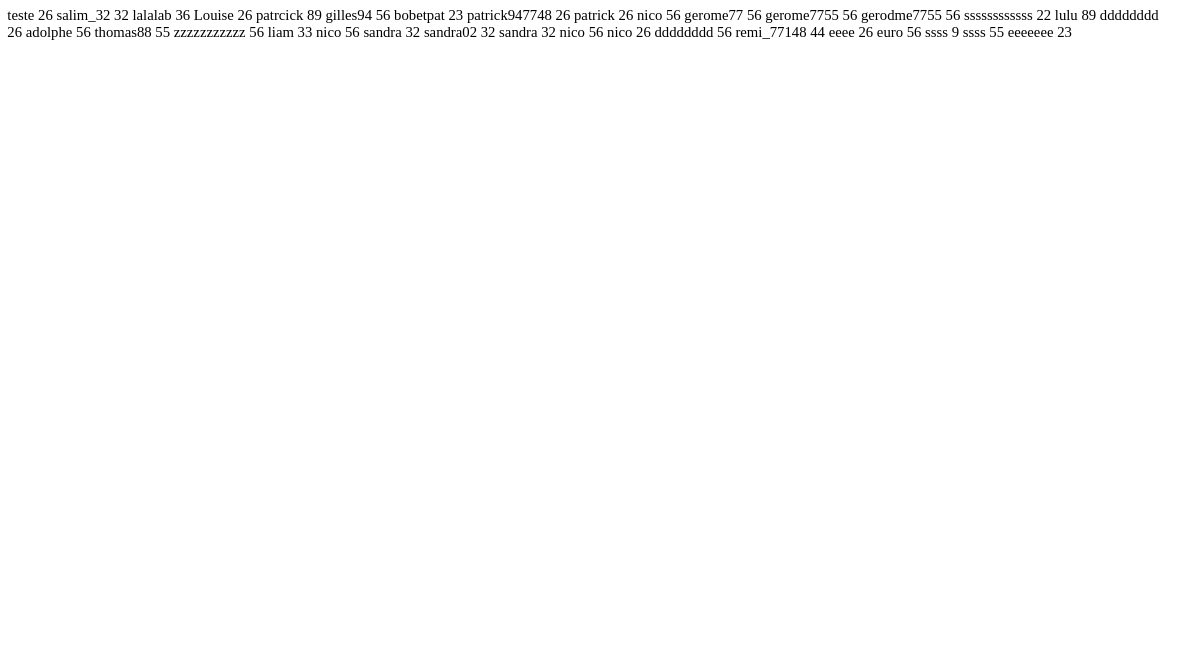
Repository: remi77130/forum
Page: http://localhost/path/
The author's editor kept a copy of each file at every save. The page is drawn from the files as they stood at one save, then again after the next save.
The browser window is 1280 px wide. The pictures show the whole page, at 92% of full size.
The page is run by PHP 8.4 with error messages shown; the project is at /var/www/html/. The database holds what the project's SQL file puts in it.

Above is the page before, as saved 2022-06-27 14:02:08.

After the next save:
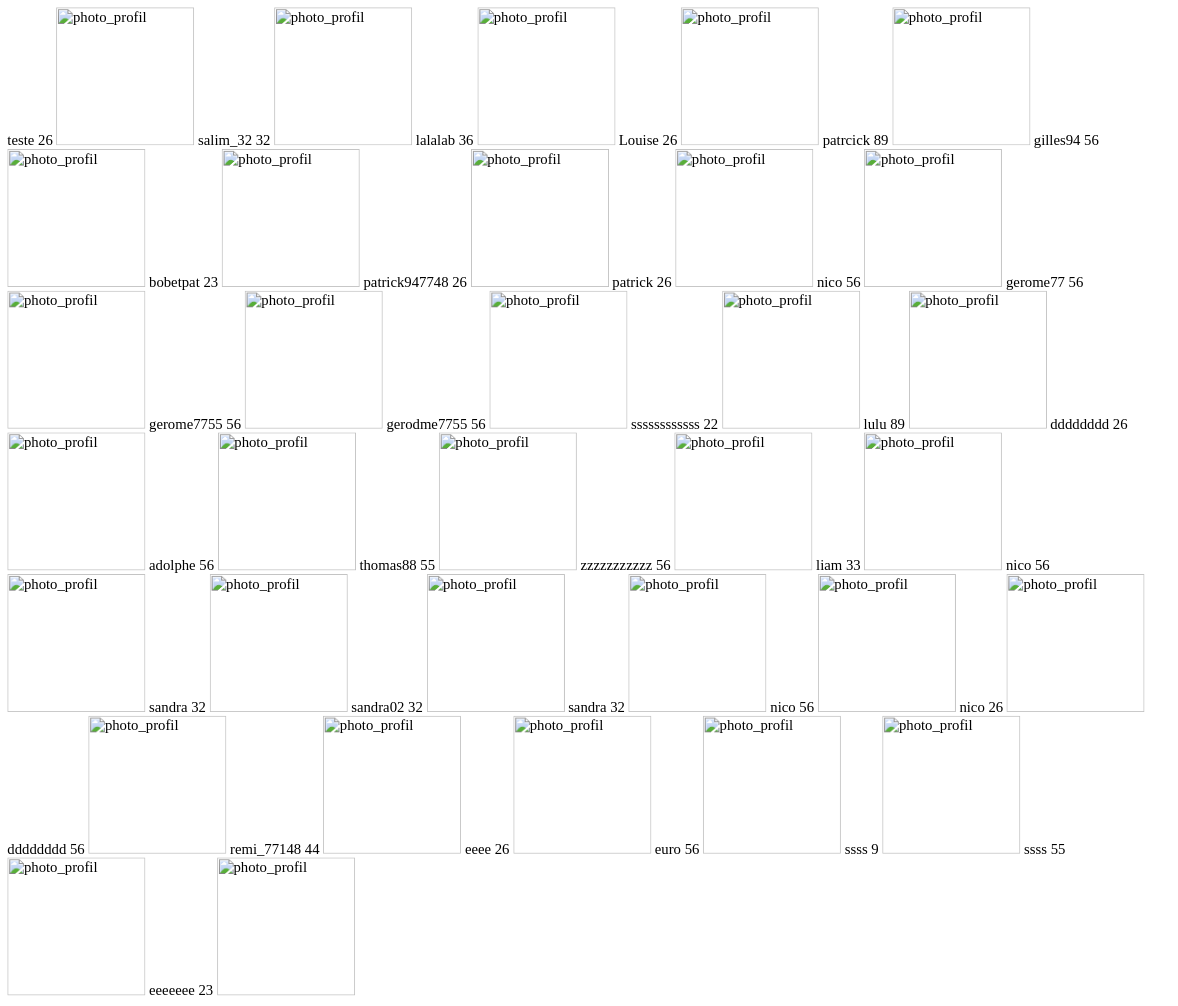
Saved 39 s later.
--- a/index.php
+++ b/index.php
@@ -28,6 +28,8 @@
     <span><?php echo $articles['pseudo'] ?></span>
     <span><?php echo $articles['age'] ?></span>
 
+    <img src="membres\avatars/<?php echo $userinfo['avatar']; ?>" alt="photo_profil" width="150">
+
 
     <?php endforeach; ?>
 </section>

After the save that followed:
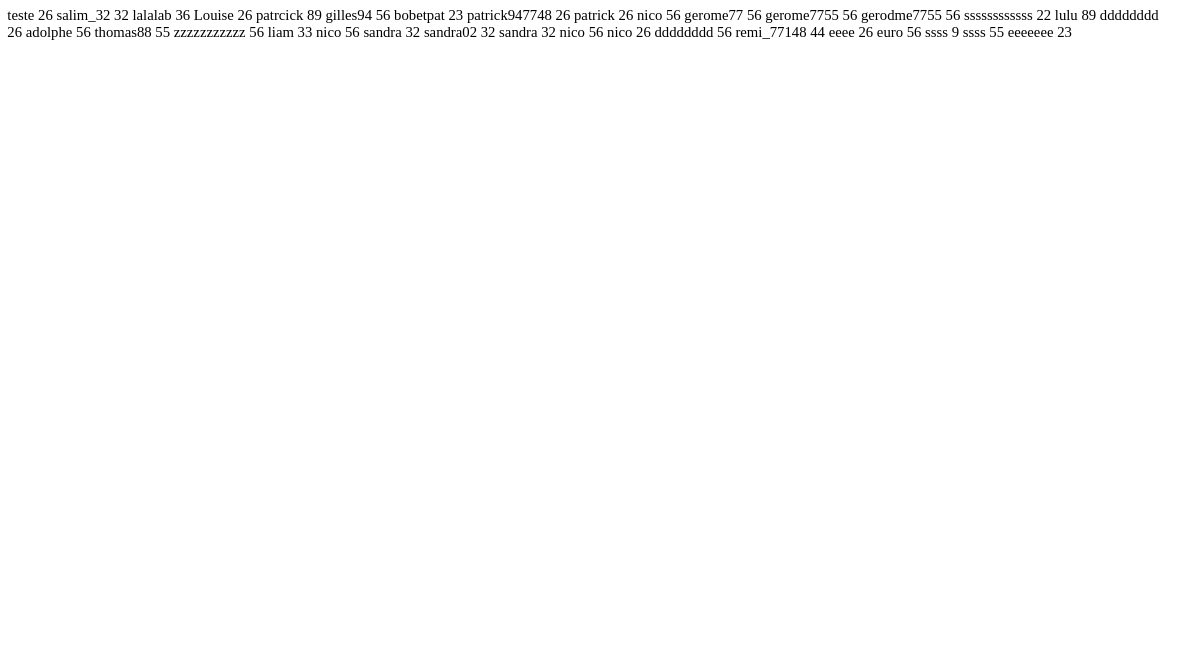
Saved 44 s later.
--- a/index.php
+++ b/index.php
@@ -28,7 +28,16 @@
     <span><?php echo $articles['pseudo'] ?></span>
     <span><?php echo $articles['age'] ?></span>
 
-    <img src="membres\avatars/<?php echo $userinfo['avatar']; ?>" alt="photo_profil" width="150">
+    <?php                           // AFFICHAGE DE LA PHOTO
+
+if (!empty($userinfo['avatar']))
+{
+?>
+<img src="membres\avatars/<?php echo $userinfo['avatar']; ?>" alt="photo_profil" width="150">
+<?php
+
+}
+?>
 
 
     <?php endforeach; ?>
